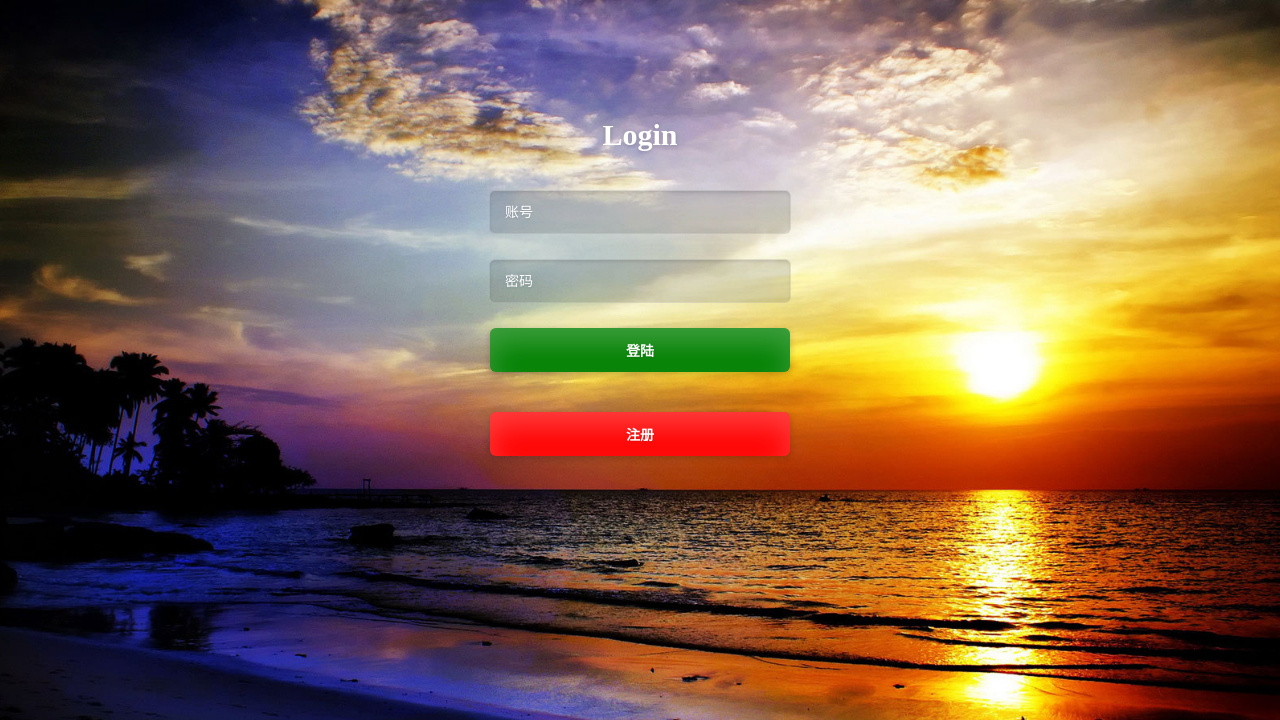
Repository: SUT-GC/myblog
Page: http://localhost/myblog/jsp/login/login.jsp
These files come from the project's save history. The page is drawn as it stood at one moment and after the next save; the edit follows.
The browser window is 1280 px wide. The pictures show the whole page.
Some web libraries are served in a nearby version. The page is served by Tomcat 9. Other server files are loaded and not shown.

Above is the page before, as saved 2015-10-01 09:51:51.
Console error: TypeError: $(...).live is not a function

### javaee_workspace/myblog/WebContent/jsp/login/login.jsp
<%@ page language="java" contentType="text/html; charset=utf-8"
    pageEncoding="utf-8"%>
<!DOCTYPE html PUBLIC "-//W3C//DTD HTML 4.01 Transitional//EN" "http://www.w3.org/TR/html4/loose.dtd">
<html>

    <head>

        <meta charset="utf-8">
        <title>用户登陆</title>
        <meta name="viewport" content="width=device-width, initial-scale=1.0">
        <meta name="description" content="">
        <meta name="author" content="">

        <!-- CSS -->
        <link rel="stylesheet" href="css/reset.css">
        <link rel="stylesheet" href="css/supersized.css">
        <link rel="stylesheet" href="css/style.css">

        <!-- HTML5 shim, for IE6-8 support of HTML5 elements -->
        <!--[if lt IE 9]>
            <script src="http://html5shim.googlecode.com/svn/trunk/html5.js"></script>
        <![endif]-->

    </head>

    <body oncontextmenu="return false">

        <div class="page-container">
            <h1>Login</h1>
            <form action="" method="post">
				<div>
					<input type="text" name="username" class="username" placeholder="账号" autocomplete="off"/>
				</div>
                <div>
					<input type="password" name="password" class="password" placeholder="密码" oncontextmenu="return false" onpaste="return false" />
                </div>

                <button id="submit" type="button">登陆</button>

            </form>
            <form action="../registered/registered.jsp" method="post">
            	<button id="register" type="button" onclick="toRegister()">注册</button>
            </form>
            <div class="connect">
                <p>You cannot improve your past, but you can improve your future. </p>
				<p style="margin-top:20px;">你不能改变你的过去，但你可以让你的未来变得更美好。</p>
            </div>
        </div>
		<div class="alert" style="display:none">
			<h2>消息</h2>
			<div class="alert_con">
				<p id="ts"></p>
				<p style="line-height:70px"><a class="btn">确定</a></p>
			</div>
		</div>

        <!-- Javascript -->
		<script src="http://apps.bdimg.com/libs/jquery/1.6.4/jquery.min.js" type="text/javascript"></script>
        <script src="js/supersized.3.2.7.min.js"></script>
        <script src="js/supersized-init.js"></script>
		<script>
		$(".btn").click(function(){
			is_hide();
		})
		var u = $("input[name=username]");
		var p = $("input[name=password]");
		$("#submit").live('click',function(){
			if(u.val() == '' || p.val() =='')
			{
				$("#ts").jsp("用户名或密码不能为空~");
				is_show();
				return false;
			}
			else{
				var reg = /^[0-9A-Za-z]+$/;
				if(!reg.exec(u.val()))
				{
					$("#ts").jsp("用户名错误");
					is_show();
					return false;
				}
			}
		});
		function toRegister(){
			 window.location.href='../registered/registered.jsp';
		}
		window.onload = function()
		{
			$(".connect p").eq(0).animate({"left":"0%"}, 600);
			$(".connect p").eq(1).animate({"left":"0%"}, 400);
		}
		function is_hide(){ $(".alert").animate({"top":"-40%"}, 300) }
		function is_show(){ $(".alert").show().animate({"top":"45%"}, 300) }
		</script>
    </body>

</html>

### javaee_workspace/myblog/WebContent/jsp/login/css/supersized.css
/*

	Supersized - Fullscreen Slideshow jQuery Plugin
	Version : 3.2.7
	Site	: www.buildinternet.com/project/supersized

	Author	: Sam Dunn
	Company : One Mighty Roar (www.onemightyroar.com)
	License : MIT License / GPL License

*/

* { margin:0; padding:0; }
body { background:#111; height:100%; }
	img { border:none; }

	#supersized-loader { position:absolute; top:50%; left:50%; z-index:0; width:60px; height:60px; margin:-30px 0 0 -30px; text-indent:-999em; background:url(../img/progress.gif) no-repeat center center;}

	#supersized {  display:block; position:fixed; left:0; top:0; overflow:hidden; z-index:-999; height:100%; width:100%; }
		#supersized img { width:auto; height:auto; position:relative; display:none; outline:none; border:none; }
			#supersized.speed img { -ms-interpolation-mode:nearest-neighbor; image-rendering: -moz-crisp-edges; }	/*Speed*/
			#supersized.quality img { -ms-interpolation-mode:bicubic; image-rendering: optimizeQuality; }			/*Quality*/

		#supersized li { display:block; list-style:none; z-index:-30; position:fixed; overflow:hidden; top:0; left:0; width:100%; height:100%; background:#111; }
		#supersized a { width:100%; height:100%; display:block; }
			#supersized li.prevslide { z-index:-20; }
			#supersized li.activeslide { z-index:-10; }
			#supersized li.image-loading { background:#111 url(../img/progress.gif) no-repeat center center; width:100%; height:100%; }
				#supersized li.image-loading img{ visibility:hidden; }
			#supersized li.prevslide img, #supersized li.activeslide img{ display:inline; }


#supersized img { max-width: none !important }

### javaee_workspace/myblog/WebContent/jsp/login/css/style.css
/*
 *
 * Template Name: Fullscreen Login
 * Description: Login Template with Fullscreen Background Slideshow
 * Author: Anli Zaimi
 * Author URI: http://azmind.com
 *
 */


body {
    background: #f8f8f8;
    /*font-family: 'PT Sans', Helvetica, Arial, sans-serif;*/
	font-family:"Microsoft YaHei",微软雅黑,"Microsoft JhengHei",华文细黑,STHeiti,MingLiu;
    text-align: center;
    color: #fff;
}

.page-container {
    margin: 120px auto 0 auto;
}

h1 {
    font-size: 30px;
    font-weight: 700;
    text-shadow: 0 1px 4px rgba(0,0,0,.2);
}

form {
    position: relative;
    width: 305px;
    margin: 15px auto 0 auto;
    text-align: center;
}

input {
    width: 270px;
    height: 42px;
	line-height:42px;
    margin-top: 25px;
    padding: 0 15px;
    background: #2d2d2d; /* browsers that don't support rgba */
    *background-color:transparent;
    background: rgba(45,45,45,.15);
    -moz-border-radius: 6px;
    -webkit-border-radius: 6px;
    border-radius: 6px;
    border: 1px solid #3d3d3d; /* browsers that don't support rgba */
    border: 1px solid rgba(255,255,255,.15);
    -moz-box-shadow: 0 2px 3px 0 rgba(0,0,0,.1) inset;
    -webkit-box-shadow: 0 2px 3px 0 rgba(0,0,0,.1) inset;
    box-shadow: 0 2px 3px 0 rgba(0,0,0,.1) inset;
    font-family: 'PT Sans', Helvetica, Arial, sans-serif;
    font-size: 14px;
    color: #fff;
    text-shadow: 0 1px 2px rgba(0,0,0,.1);
    -o-transition: all .2s;
    -moz-transition: all .2s;
    -webkit-transition: all .2s;
    -ms-transition: all .2s;
}

input:-moz-placeholder { color: #fff; }
input:-ms-input-placeholder { color: #fff; }
input::-webkit-input-placeholder { color: #fff; }

input:focus {
    outline: none;
    -moz-box-shadow:
        0 2px 3px 0 rgba(0,0,0,.1) inset,
        0 2px 7px 0 rgba(0,0,0,.2);
    -webkit-box-shadow:
        0 2px 3px 0 rgba(0,0,0,.1) inset,
        0 2px 7px 0 rgba(0,0,0,.2);
    box-shadow:
        0 2px 3px 0 rgba(0,0,0,.1) inset,
        0 2px 7px 0 rgba(0,0,0,.2);
}

#submit {
    cursor: pointer;
    width: 300px;
    height: 44px;
    margin-top: 25px;
    padding: 0;
    background: green;
    -moz-border-radius: 6px;
    -webkit-border-radius: 6px;
    border-radius: 6px;
    border: 0px;
    -moz-box-shadow:
        0 15px 30px 0 rgba(255,255,255,.25) inset,
        0 2px 7px 0 rgba(0,0,0,.2);
    -webkit-box-shadow:
        0 15px 30px 0 rgba(255,255,255,.25) inset,
        0 2px 7px 0 rgba(0,0,0,.2);
    box-shadow:
        0 15px 30px 0 rgba(255,255,255,.25) inset,
        0 2px 7px 0 rgba(0,0,0,.2);
    font-family: 'PT Sans', Helvetica, Arial, sans-serif;
    font-size: 14px;
    font-weight: 700;
    color: #fff;
    text-shadow: 0 1px 2px rgba(0,0,0,.1);
    -o-transition: all .2s;
    -moz-transition: all .2s;
    -webkit-transition: all .2s;
    -ms-transition: all .2s;
}
#register {
    cursor: pointer;
    width: 300px;
    height: 44px;
    margin-top: 25px;
    padding: 0;
    background: red;
    -moz-border-radius: 6px;
    -webkit-border-radius: 6px;
    border-radius: 6px;
    border: 0px;
    -moz-box-shadow:
        0 15px 30px 0 rgba(255,255,255,.25) inset,
        0 2px 7px 0 rgba(0,0,0,.2);
    -webkit-box-shadow:
        0 15px 30px 0 rgba(255,255,255,.25) inset,
        0 2px 7px 0 rgba(0,0,0,.2);
    box-shadow:
        0 15px 30px 0 rgba(255,255,255,.25) inset,
        0 2px 7px 0 rgba(0,0,0,.2);
    font-family: 'PT Sans', Helvetica, Arial, sans-serif;
    font-size: 14px;
    font-weight: 700;
    color: #fff;
    text-shadow: 0 1px 2px rgba(0,0,0,.1);
    -o-transition: all .2s;
    -moz-transition: all .2s;
    -webkit-transition: all .2s;
    -ms-transition: all .2s;
}

button:hover {
    -moz-box-shadow:
        0 15px 30px 0 rgba(255,255,255,.15) inset,
        0 2px 7px 0 rgba(0,0,0,.2);
    -webkit-box-shadow:
        0 15px 30px 0 rgba(255,255,255,.15) inset,
        0 2px 7px 0 rgba(0,0,0,.2);
    box-shadow:
        0 15px 30px 0 rgba(255,255,255,.15) inset,
        0 2px 7px 0 rgba(0,0,0,.2);
}

button:active {
    -moz-box-shadow:
        0 15px 30px 0 rgba(255,255,255,.15) inset,
        0 2px 7px 0 rgba(0,0,0,.2);
    -webkit-box-shadow:
        0 15px 30px 0 rgba(255,255,255,.15) inset,
        0 2px 7px 0 rgba(0,0,0,.2);
    box-shadow:
        0 5px 8px 0 rgba(0,0,0,.1) inset,
        0 1px 4px 0 rgba(0,0,0,.1);

    border: 0px solid #ef4300;
}

.connect {
    width: 800px;
    margin: 50px auto 0 auto;
    font-size: 14px;

    text-shadow: 0 1px 3px rgba(0,0,0,.2);
}
.connect p{
    position:relative;
	left:-140%;
	top:0
}
.connect a {
    display: inline-block;
    width: 32px;
    height: 35px;
    margin-top: 15px;
    -o-transition: all .2s;
    -moz-transition: all .2s;
    -webkit-transition: all .2s;
    -ms-transition: all .2s;
}
.alert{
	width:310px;
	height:200px;
	background:#000;
	position:absolute;
	top:-40%;
	left:50%;
	margin: -101px 0 0 -151px;
}
.alert h2{
	height:40px;
	padding-left:8px;
	font-size:14px;
	background:#FF0543;
	text-align:left;
	line-height:40px;
}
.alert .alert_con{
	background:#fff;
	height:160px;
}
.alert .alert_con p{
	color:#000;
	line-height:90px;
}
.alert .alert_con .btn{
	padding:3px 10px;
	color:#fff;
	cursor:pointer;
	background:#72D1FF;
	border:1px solid #72D1FF;
	border-radius:4px;
}
.alert .alert_con .btn:hover{
	background:#4FB2EF;
	border:1px solid #4FB2EF;
	border-radius:4px;
}
/*
.connect a.facebook { background: url(../img/facebook.png) center center no-repeat; }
.connect a.twitter { background: url(../img/twitter.png) center center no-repeat; }

.connect a:hover { background-position: center bottom; }
*/

### javaee_workspace/myblog/WebContent/jsp/login/js/supersized-init.js
jQuery(function($){

    $.supersized({

        // Functionality
        slide_interval     : 6000,    // Length between transitions
        transition         : 1,    // 0-None, 1-Fade, 2-Slide Top, 3-Slide Right, 4-Slide Bottom, 5-Slide Left, 6-Carousel Right, 7-Carousel Left
        transition_speed   : 3000,    // Speed of transition
        performance        : 1,    // 0-Normal, 1-Hybrid speed/quality, 2-Optimizes image quality, 3-Optimizes transition speed // (Only works for Firefox/IE, not Webkit)

        // Size & Position
        min_width          : 0,    // Min width allowed (in pixels)
        min_height         : 0,    // Min height allowed (in pixels)
        vertical_center    : 1,    // Vertically center background
        horizontal_center  : 1,    // Horizontally center background
        fit_always         : 0,    // Image will never exceed browser width or height (Ignores min. dimensions)
        fit_portrait       : 1,    // Portrait images will not exceed browser height
        fit_landscape      : 0,    // Landscape images will not exceed browser width

        // Components
        slide_links        : 'blank',    // Individual links for each slide (Options: false, 'num', 'name', 'blank')
        slides             : [    // Slideshow Images
                                 {image : './img/1.jpg'},
                                 {image : './img/2.jpg'},
                                 {image : './img/3.jpg'}
                             ]

    });

});

Loaded but not shown: javaee_workspace/myblog/WebContent/jsp/login/css/reset.css (common file); javaee_workspace/myblog/WebContent/jsp/login/js/supersized.3.2.7.min.js (library)

After the next save:
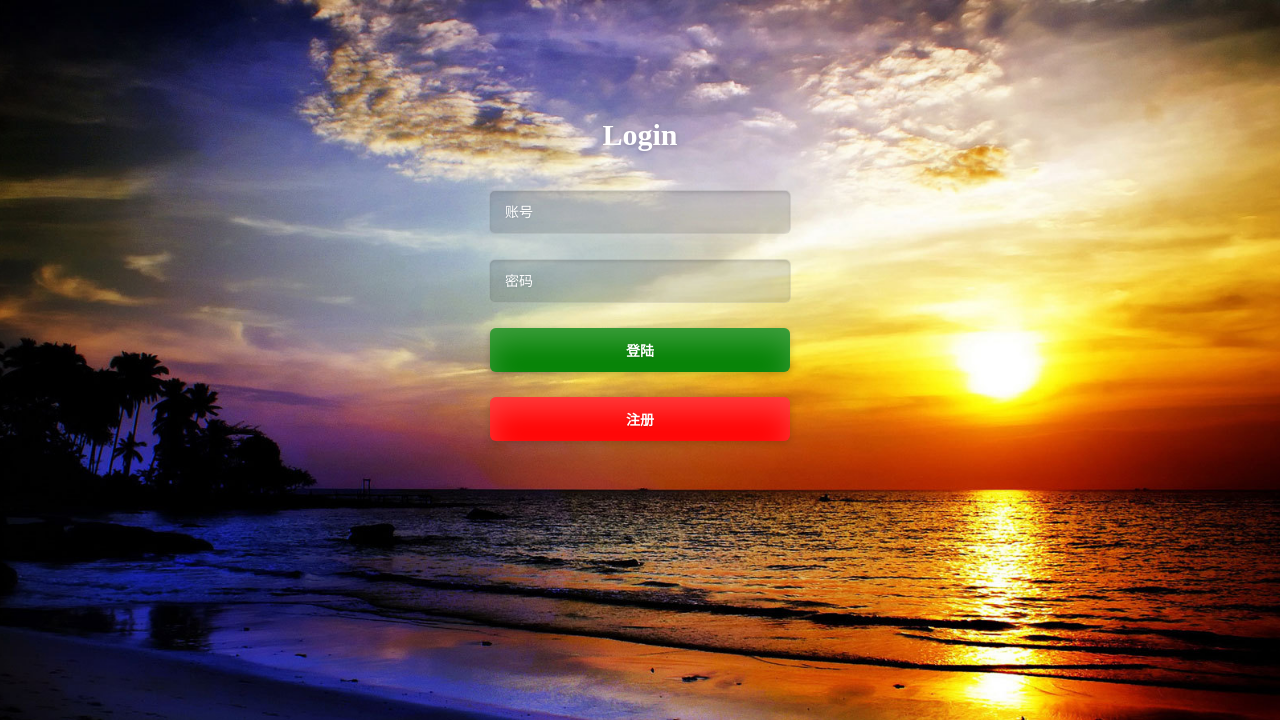
Saved 52 s later.
--- a/javaee_workspace/myblog/WebContent/jsp/login/login.jsp
+++ b/javaee_workspace/myblog/WebContent/jsp/login/login.jsp
@@ -37,8 +37,6 @@
 
                 <button id="submit" type="button">登陆</button>
 
-            </form>
-            <form action="../registered/registered.jsp" method="post">
             	<button id="register" type="button" onclick="toRegister()">注册</button>
             </form>
             <div class="connect">
